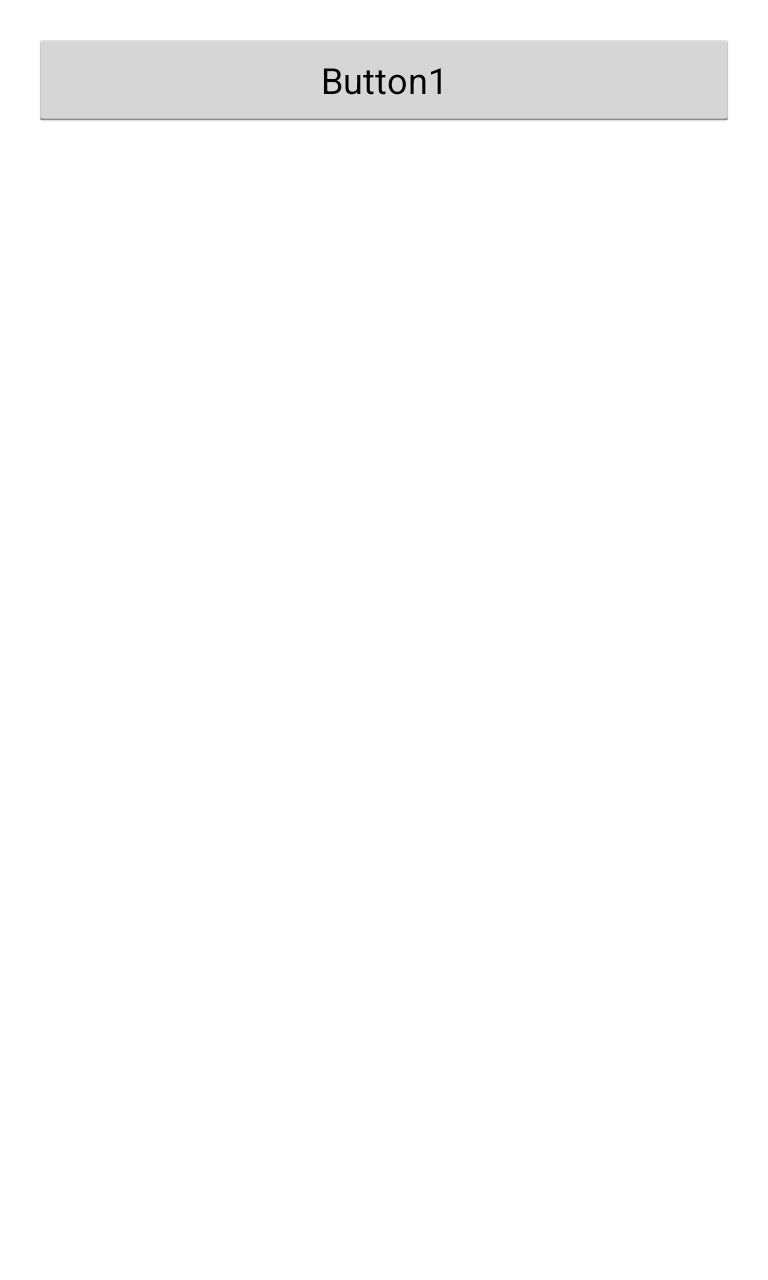
Repository: jinpp/Android
Layout: UILayoutTest/res/layout/activity_main.xml
These files come from the project's save history. The layout is drawn as it stood at one moment and after a run of saves; the edit follows.
It is drawn on a 768 x 1280 px phone screen (xhdpi) without system bars, with theme AppTheme; the app's code is not run.

Above is the layout before, as saved 2016-11-16 06:30:09.

After the next 3 saves:
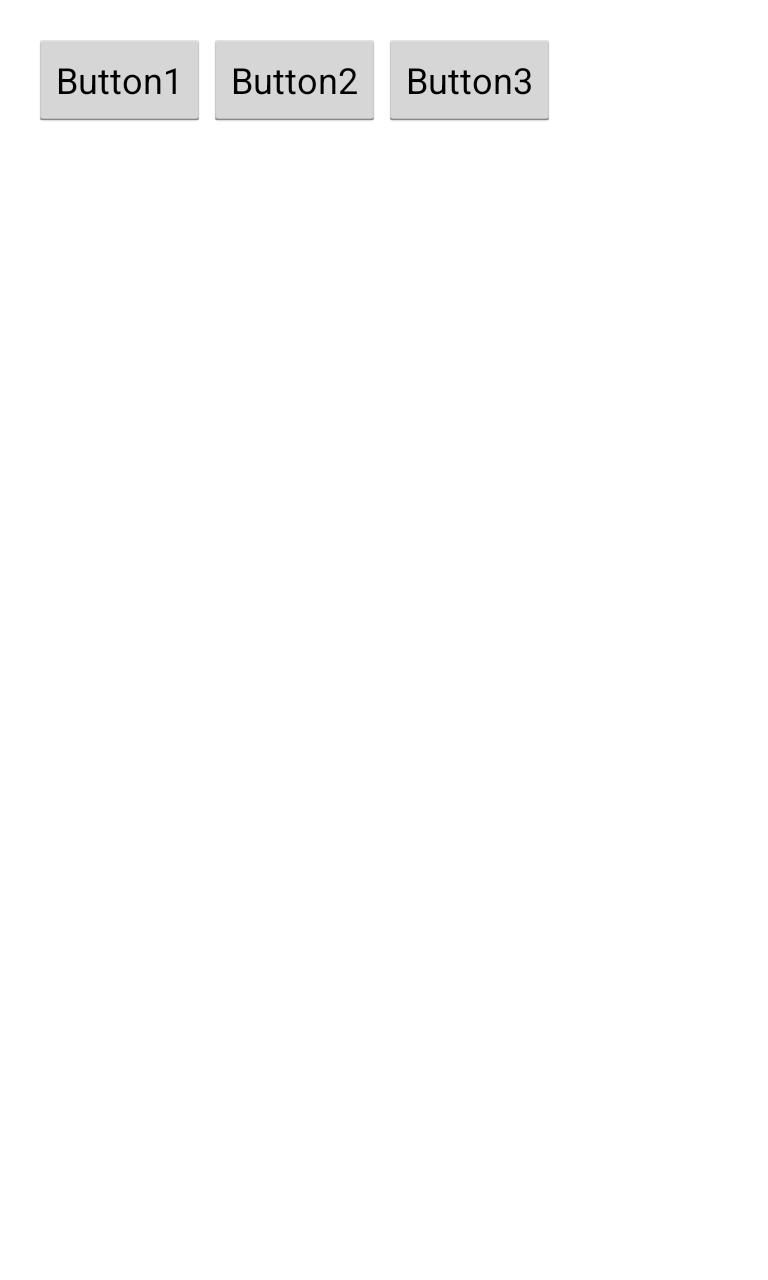
The 3 saves are shown as one change because they came seconds apart.
The last was saved 97 s later.
--- a/UILayoutTest/res/layout/activity_main.xml
+++ b/UILayoutTest/res/layout/activity_main.xml
@@ -11,19 +11,19 @@
 
     <Button
         android:id="@+id/button1"
-        android:layout_width="match_parent"
+        android:layout_width="wrap_content"
         android:layout_height="wrap_content"
         android:text="Button1" />
 
     <Button
         android:id="@+id/button2"
-        android:layout_width="match_parent"
+        android:layout_width="wrap_content"
         android:layout_height="wrap_content"
         android:text="Button2" />
 
     <Button
         android:id="@+id/button3"
-        android:layout_width="match_parent"
+        android:layout_width="wrap_content"
         android:layout_height="wrap_content"
         android:text="Button3" />
 
